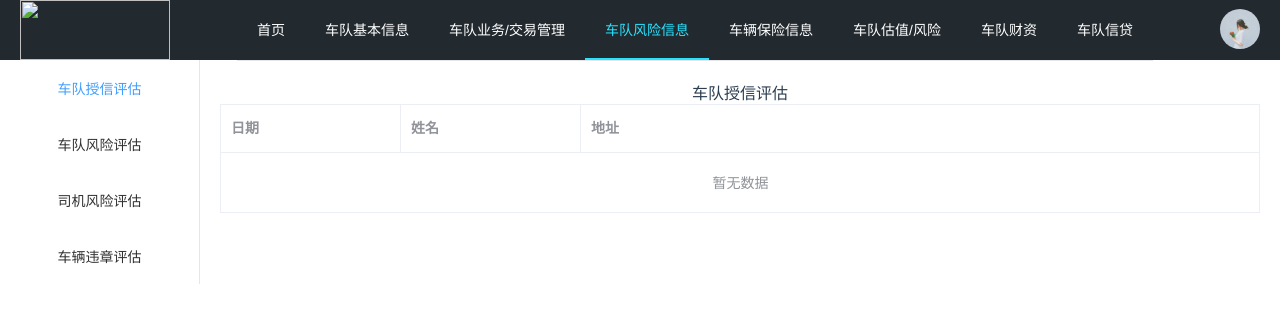
Repository: TheWomanLiketheWind/woodpecker
Page: /
An editor plug-in stored every save of this project. The page is shown before and after the next save, followed by the edit.
The browser window is 1280 px wide. The pictures show the whole page.
The project was rebuilt for these pictures with package versions that can differ from the ones it lists, and the page was loaded fresh each time. Also part of the build but not shown: src/views/menuThird.vue.

Above is the page before, as saved 2019-07-25 17:50:56.

After the next save:
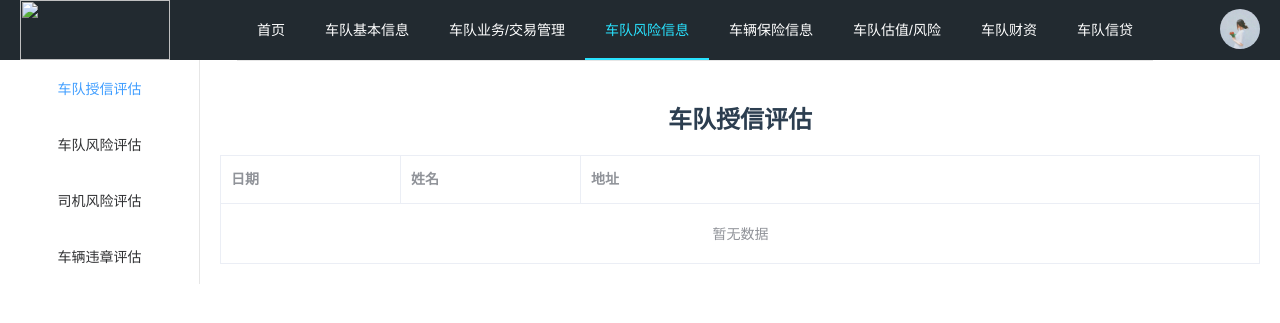
Saved 52 s later.
--- a/src/views/menuSecond.vue
+++ b/src/views/menuSecond.vue
@@ -12,7 +12,7 @@
       </el-menu>
     </el-aside>
     <el-main>
-      {{filesList.navigeList[this.selectIndex].name}}
+      <h2>{{filesList.navigeList[this.selectIndex].name}}</h2>
       <el-table :data="filesList.navigeList[this.selectIndex].tableData"
                 border
                 style="width: 100%">
